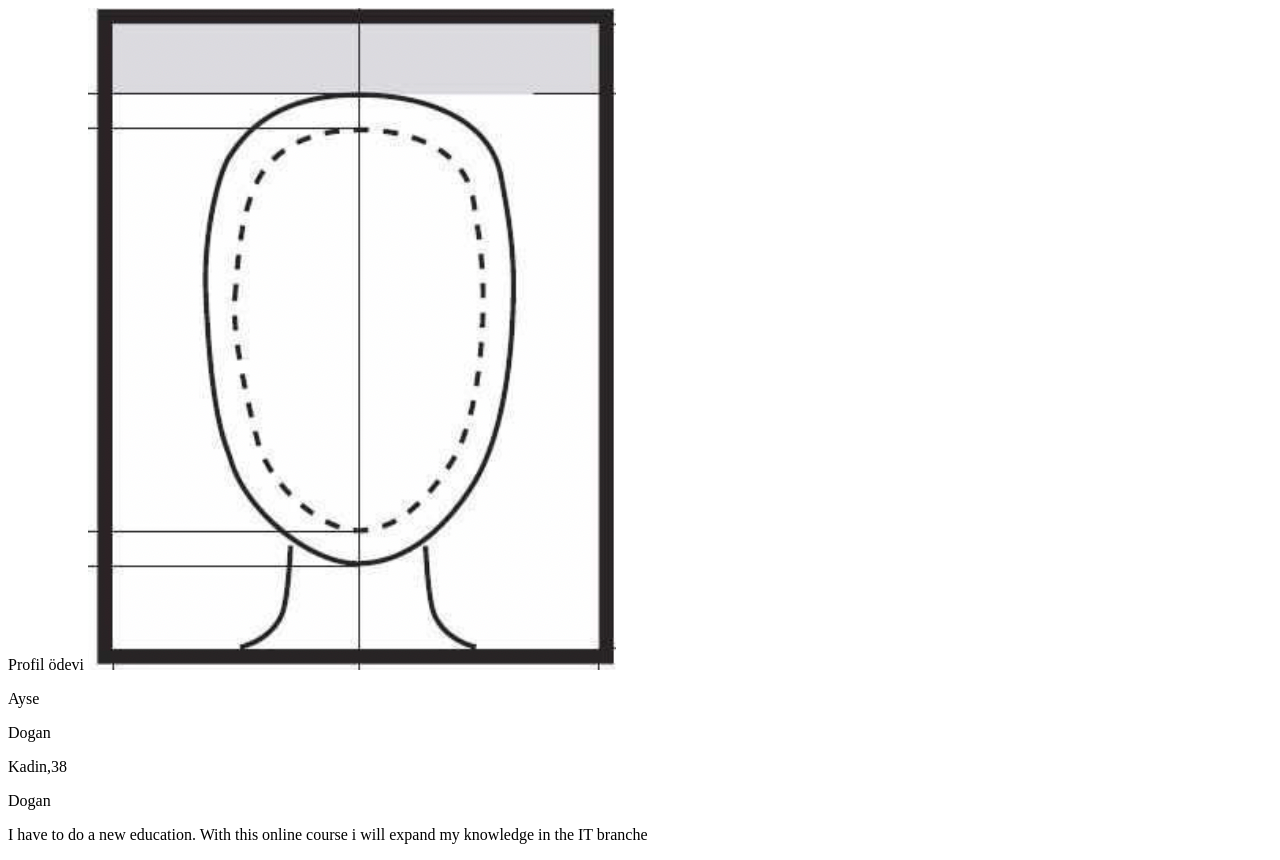
Repository: aysedo/html
Page: Week_2/profile/index.html
An editor plug-in stored every save of this project. The page is shown before and after the next save, followed by the edit.
The browser window is 1280 px wide. The pictures show the whole page.

Above is the page before, as saved 2021-08-25 22:35:30.

After the next save:
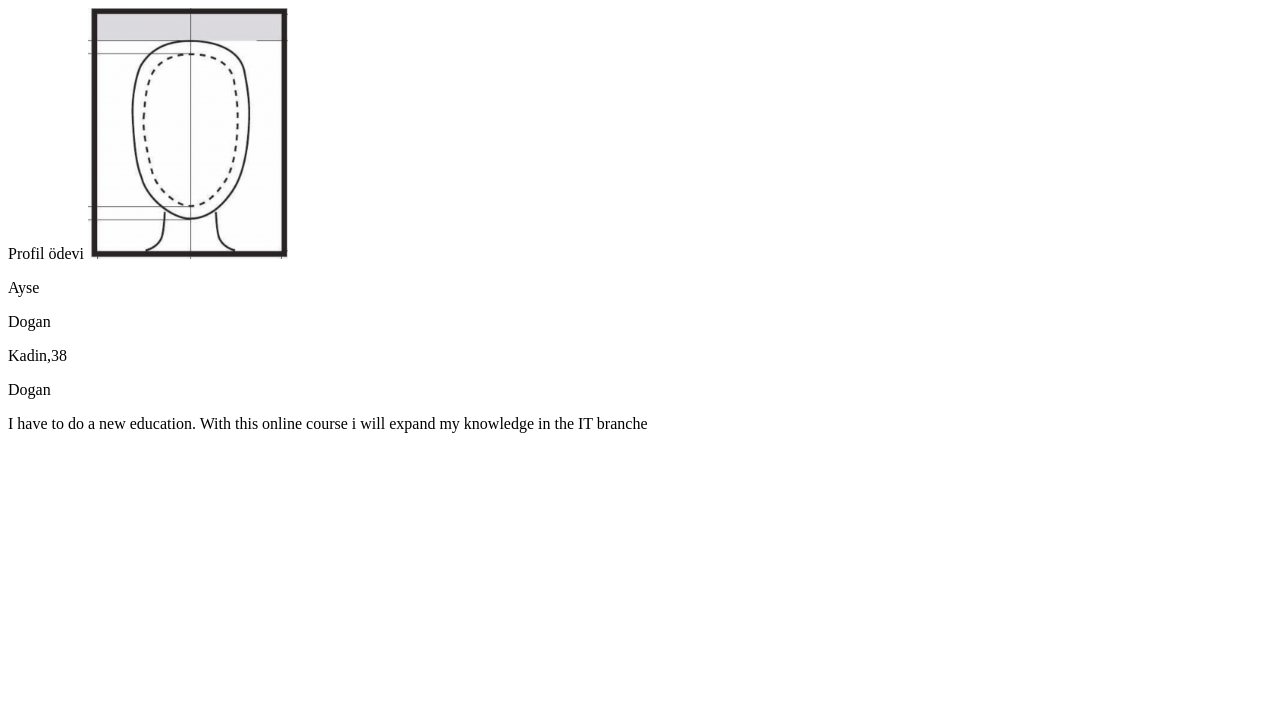
Saved 9 s later.
--- a/Week_2/profile/index.html
+++ b/Week_2/profile/index.html
@@ -8,7 +8,7 @@
   </head>
   <body>
     <titel>Profil ödevi</titel>
-    <img src="./ornek.png" alt="bos cerceve">
+    <img src="./ornek.png" width="200" alt="bos cerceve">
           <p> Ayse </p>
           <p> Dogan </p>
           <p> Kadin,38 </p>
